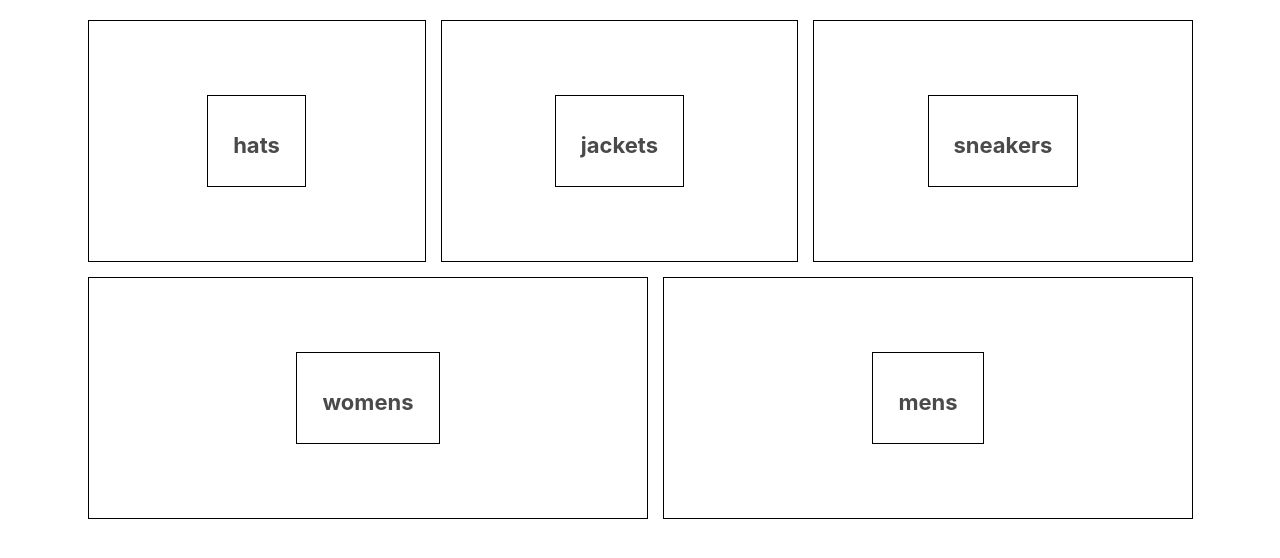
Repository: DongKhuongThai/E-Commerce
Page: /
The author's editor kept a copy of each file at every save. The page is drawn from the files as they stood at one save, then again after the next save.
The browser window is 1280 px wide. The pictures show the whole page.
The project was rebuilt for these pictures with package versions that can differ from the ones it lists, and the page was loaded fresh each time.

Above is the page before, as saved 2019-08-06 10:29:41.

After the next save:
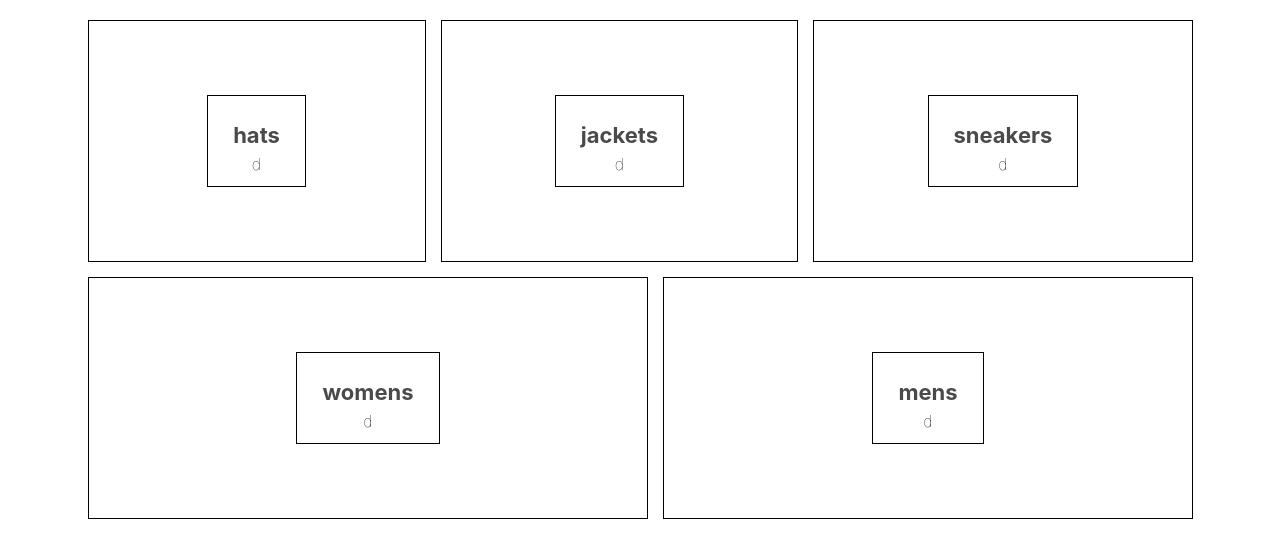
Saved 28 s later.
--- a/src/components/menu-item/menu-item.component.jsx
+++ b/src/components/menu-item/menu-item.component.jsx
@@ -1,12 +1,12 @@
 import React from 'react';
 import './menu-item.styles.css';
 
-const MenuItem = (props) => {
+const MenuItem = ({title}) => {
     return (
         <div className="menu-item">
             <div className="content">
-                <h1 className="title">{props.title}</h1>
-                <span className="subtitle">{props.subtitle}</span>
+                <h1 className="title">{title}</h1>
+                <span className="subtitle">d</span>
             </div>
         </div>
     );
